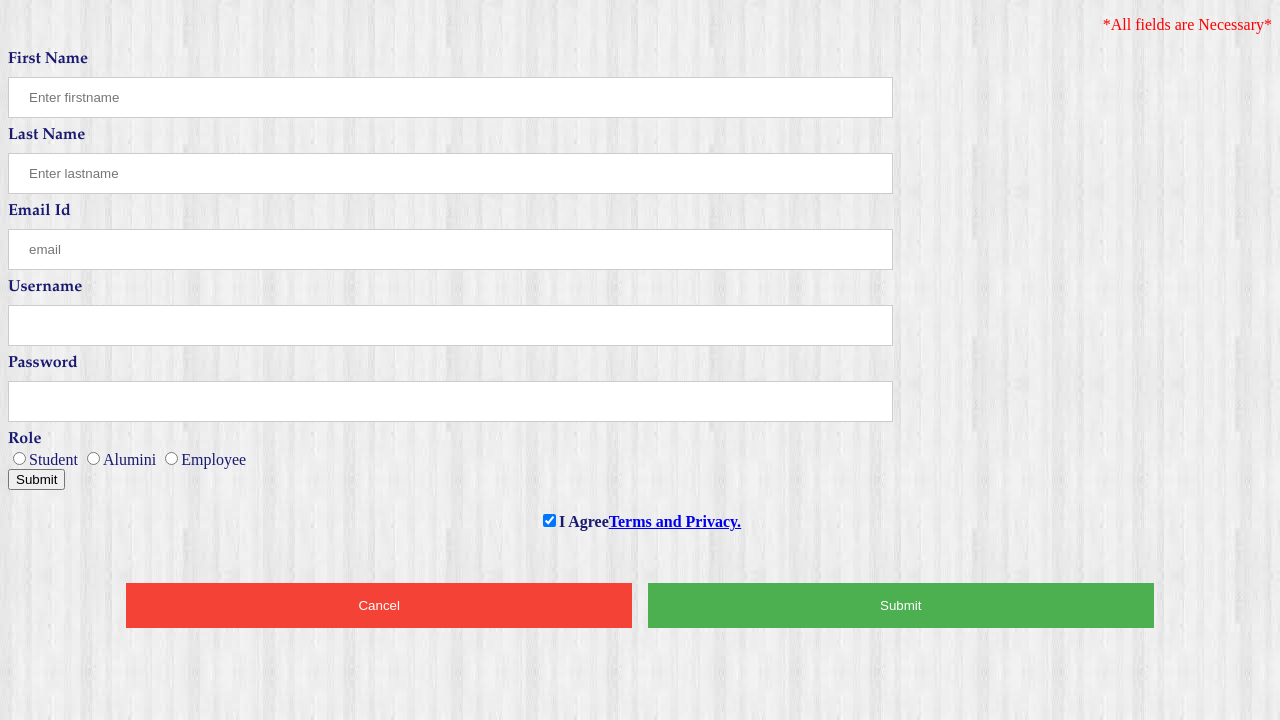
Repository: SwapnilYeldi/Project-2
Page: frontend/WebContent/views/registrationform.html
These files come from the project's save history. The page is drawn as it stood at one moment and after the next save; the edit follows.
The browser window is 1280 px wide. The pictures show the whole page.

Above is the page before, as saved 2017-07-17 16:15:01.

After the next save:
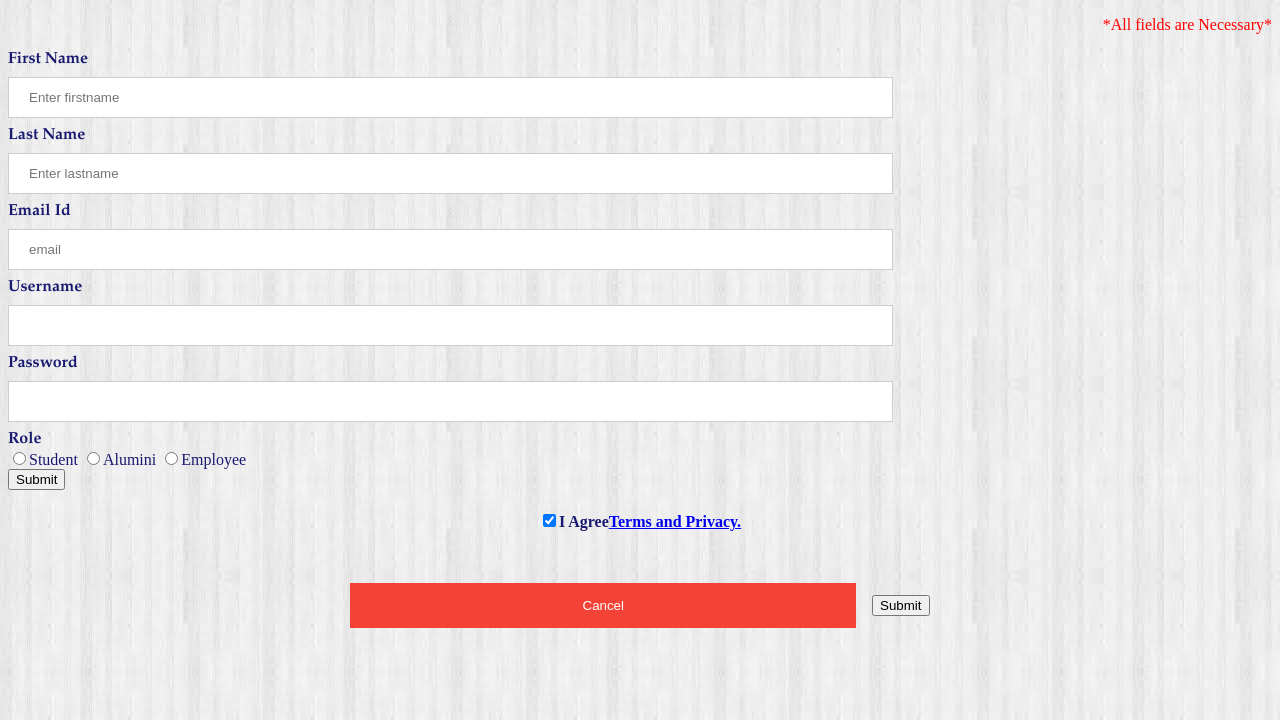
Saved 87 s later.
--- a/frontend/WebContent/views/registrationform.html
+++ b/frontend/WebContent/views/registrationform.html
@@ -101,7 +101,7 @@ function checkPass()
 <center>
 <h4><input type="checkbox" checked="checked">I Agree<a href="#"><u>Terms and Privacy.</u></a></h3>
 <input type="button" class="cancelbtn" value="Cancel">&nbsp;&nbsp;&nbsp;
-<input type="submit" class="signupbtn"  ng-click="register()"><center>
+<input type="submit" ng-click="register()"><br><center>
 
 	</font>
 </form>
